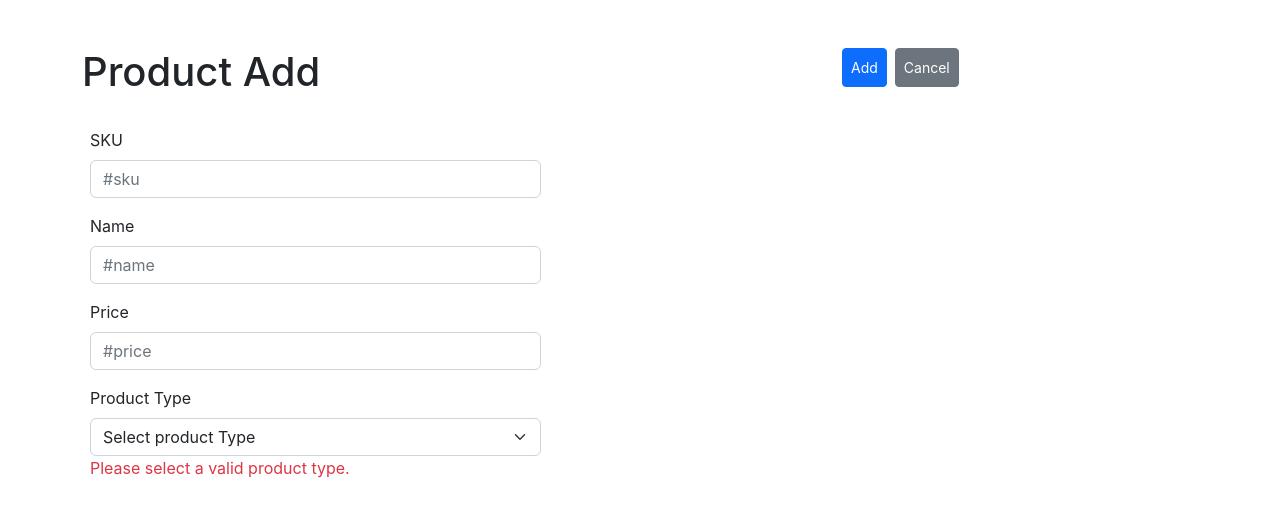
Repository: MagdyAbouelnasr/scandiweb_project
Page: /addproduct
The author's editor kept a copy of each file at every save. The page is drawn from the files as they stood at one save, then again after the next save.
The browser window is 1280 px wide. The pictures show the whole page.
The project was rebuilt for these pictures with package versions that can differ from the ones it lists, and the page was loaded fresh each time. Also part of the build but not shown: src/App.css, src/components/Product/Product-style.scss, src/components/Product/Product.css, src/components/Pages/ProductList.jsx, src/components/ProductAdd/Book.component.jsx, src/components/ProductAdd/DVD.component.jsx, src/components/ProductAdd/Furniture.component.jsx, src/App.jsx.

Above is the page before, as saved 2023-05-09 01:27:15.

### public/index.html
<!DOCTYPE html>
<html lang="en">
  <head>
    <meta charset="utf-8" />
    <link rel="icon" href="%PUBLIC_URL%/favicon.ico" />
    <meta name="viewport" content="width=device-width, initial-scale=1" />
    <meta name="theme-color" content="#000000" />
    <meta
      name="description"
      content="Web site created using create-react-app"
    />
    <link rel="apple-touch-icon" href="%PUBLIC_URL%/logo192.png" />
    <!--
      manifest.json provides metadata used when your web app is installed on a
      user's mobile device or desktop. See https://developers.google.com/web/fundamentals/web-app-manifest/
    -->
    <link rel="manifest" href="%PUBLIC_URL%/manifest.json" />
    <!--
      Notice the use of %PUBLIC_URL% in the tags above.
      It will be replaced with the URL of the `public` folder during the build.
      Only files inside the `public` folder can be referenced from the HTML.

      Unlike "/favicon.ico" or "favicon.ico", "%PUBLIC_URL%/favicon.ico" will
      work correctly both with client-side routing and a non-root public URL.
      Learn how to configure a non-root public URL by running `npm run build`.
    -->
    <title>React App</title>
    <link
  rel="stylesheet"
  href="https://cdn.jsdelivr.net/npm/bootstrap@5.2.3/dist/css/bootstrap.min.css"
  integrity="sha384-rbsA2VBKQhggwzxH7pPCaAqO46MgnOM80zW1RWuH61DGLwZJEdK2Kadq2F9CUG65"
  crossorigin="anonymous"
/>
  </head>
  <body>
    <noscript>You need to enable JavaScript to run this app.</noscript>
    <div id="root"></div>
    <!--
      This HTML file is a template.
      If you open it directly in the browser, you will see an empty page.

      You can add webfonts, meta tags, or analytics to this file.
      The build step will place the bundled scripts into the <body> tag.

      To begin the development, run `npm start` or `yarn start`.
      To create a production bundle, use `npm run build` or `yarn build`.
    -->
  </body>
</html>

### src/index.js
import React from 'react';
import ReactDOM from 'react-dom/client';
import './index.scss';
import App from './App';
import {
  createBrowserRouter,
  RouterProvider,

} from "react-router-dom";
import ProductAdd from './components/Pages/ProductAdd';


const router = createBrowserRouter([
  {
    path: "/",
    element: <App />,
  },
  {
    path: "addproduct",
    element: <ProductAdd />,
  },
]);

const root = ReactDOM.createRoot(document.getElementById('root'));
root.render(
  <RouterProvider router={router} />
);

### src/index.scss
$background-default: #D5D5D5;


body {
  margin: 0;
  font-family: -apple-system, BlinkMacSystemFont, 'Segoe UI', 'Roboto', 'Oxygen',
    'Ubuntu', 'Cantarell', 'Fira Sans', 'Droid Sans', 'Helvetica Neue',
    sans-serif;
  -webkit-font-smoothing: antialiased;
  -moz-osx-font-smoothing: grayscale;
}

code {
  font-family: source-code-pro, Menlo, Monaco, Consolas, 'Courier New',
    monospace;
}

.fade-in {
  opacity: 0;
  transition: opacity 0.3s ease-in-out;
  &.fade-in-active {
    opacity: 1;
  }
}

### src/components/Pages/ProductAdd.jsx
// import { useNavigate } from 'react-router-dom';
// import { useState } from 'react';
// import Form from 'react-bootstrap/Form';
// import SelectProductType from '../ProductAdd/Selectcmp';
// import Button from 'react-bootstrap/Button';
// import axios from 'axios';

// function ProductAdd() {
//   const navigate = useNavigate();

//   const  [inputs , setInputs] = useState({});

//   const handleChange = (e) => {
//     const name = e.target.name;
//     const value = e.target.value;
//     setInputs(values => ({values, [name]: value}))
//   }
//   const handleSubmit = (e) => {
//     e.preventDefault();
//     axios.post('http://localhost:8000/addproduct', inputs).then((response)=>{
//       console.log(response.data);
//       navigate('/');
//     });

//     // console.log(inputs)
//   }



//   return (
//     <Form id="product_form" onSubmit={handleSubmit}>
//     <div className="container mt-5">
//       <div className="row">
//       <h1 className="page-header text-header col-md-8 text-start ">Product Add</h1>
//       <div className='col-4 float-end'>
//         <Button  type="submit" className='p-2 ms-2' variant="primary" size="sm">
//           Add
//         </Button>
//         <Button onClick={()=> navigate(-1)}  className='p-2 ms-2' variant="secondary" size="sm">
//           Cancel
//         </Button>
//       </div>
//       </div>
//     <br/>
//     <div className="row">

//     <div className="col-md-5 mx-2">
//       <Form.Group className="mb-3 mx-left" id="productInputSKU">
//         <Form.Label>SKU</Form.Label>
//         <Form.Control type="text" name="sku" placeholder="#sku" onChange={handleChange} />
//       </Form.Group>
//       <Form.Group className="mb-3" id="productInputName">
//         <Form.Label>Name</Form.Label>
//         <Form.Control type="text" name="name" placeholder="#name" onChange={handleChange} />
//       </Form.Group>
//       <Form.Group className="mb-3" id="productInputPrice">
//         <Form.Label>Price</Form.Label>
//         <Form.Control type="number" name="price" placeholder="#price" onChange={handleChange} />
//       </Form.Group>
//       <Form.Group className="mb-3" id="ProductType">
//       <Form.Label>Product Type</Form.Label>
//         <SelectProductType/>
//       </Form.Group>
//     </div>
//     </div>
//     </div>
//     </Form>
//   );
// }

// export default ProductAdd;
import { useNavigate } from 'react-router-dom';
import { useState } from 'react';
import Form from 'react-bootstrap/Form';
import SelectProductType from '../ProductAdd/Selectcmp';
import Button from 'react-bootstrap/Button';
import axios from 'axios';

function ProductAdd() {
  const navigate = useNavigate();

  const [inputs, setInputs] = useState({});
  const [errors, setErrors] = useState({});

  const handleChange = (e) => {
    console.log(e.target.value);
    console.log(e.target.name);
    const name = e.target.name;
    const value = e.target.value;

    setInputs((values) => ({ ...values, [name]: value }));
    validate()
    };

    // const handleRecievedData = (e) =>{
    //   const name = e.target.name;
    //   const value = e.target.value;
    //   setInputs((values) => ({ ...values, [name]: value }));
    //   console.log(e.name, e.value);
    // }

  // Form validation function
  const validate = () => {
    let newErrors = {};
    if (!inputs.sku) newErrors.sku = 'SKU is required';
    if (inputs.sku && inputs.sku.length > 9) newErrors.sku = 'SKU must be at most 9 characters';
    if (!inputs.name) newErrors.name = 'Name is required';
    if (inputs.price === undefined || inputs.price === '') newErrors.price = 'Price is required';
    if (inputs.price < 0) newErrors.price = 'Price cannot be negative';
    if (!inputs.product_attribute_value) newErrors.ProductType = 'please select a ProductType and provide a value';
    setErrors(newErrors);
    return Object.keys(newErrors).length === 0;
  };

  const handleSubmit = (e) => {
    e.preventDefault();
    if (validate()) {
      axios.post('http://localhost:8000/addproduct', inputs).then((response) => {
        console.log(response.data);
        navigate('/');
      });
    }
  };

  return (
    <Form id="product_form" onSubmit={handleSubmit}>
      <div className="container  mt-5">
        <div className="row">
          <h1 className="page-header text-header col-md-8 text-start ">Product Add</h1>
          <div className="col-4 float-end ps-1">
            <Button type="submit" className="p-2 ms-2" variant="primary" size="sm">
              Add
            </Button>
            <Button
              onClick={() => navigate(-1)}
              className="p-2 ms-2"
              variant="secondary"
              size="sm"
            >
              Cancel
            </Button>
          </div>
        </div>
        <br />
        <div className="row">
          <div className="col-md-5 mx-2">
            <Form.Group className="mb-3 mx-left" id="productInputSKU">
              <Form.Label>SKU</Form.Label>
              <Form.Control
                type="text"
                name="sku"
                maxLength="9"
                placeholder="#sku"
                onChange={handleChange}
                required
              />
              {errors.sku && <Form.Text className="text-danger">{errors.sku}</Form.Text>}
            </Form.Group>
            <Form.Group className="mb-3" id="productInputName">
              <Form.Label>Name</Form.Label>
              <Form.Control
                type="text"
                name="name"
                placeholder="#name"
                onChange={handleChange}
                required
              />
              {errors.name && <Form.Text className="text-danger">{errors.name}</Form.Text>}
            </Form.Group>
            <Form.Group className="mb-3" id="productInputPrice">
              <Form.Label>Price</Form.Label>
              <Form.Control
                type="number"
                name="price"
                step="0.01"
                min="0"
                placeholder="#price"
                onChange={handleChange}
                required
              />
              {errors.price && <Form.Text className="text-danger">{errors.price}</Form.Text>}
            </Form.Group>
            <Form.Group className="mb-3" id="ProductType">
              <Form.Label>Product Type</Form.Label>
              <SelectProductType onChange={handleChange}
                required
                name="ProductType"/>
              {errors.ProductType && <Form.Text className="text-danger">{errors.ProductType}</Form.Text>}

            </Form.Group >
          </div>
        </div>
      </div>
    </Form>
  );
}

export default ProductAdd;

### src/components/ProductAdd/Selectcmp.jsx
import React, { useState, useEffect } from "react";
import Form from "react-bootstrap/Form";
import BookComponent from "./Book.component";
import DVDComponent from "./DVD.component";
import FurnitureComponent from "./Furniture.component";

const SelectProductType = (props) => {


  const [type, setType] = useState("selectProductType");
  const [DVDVisible, setDVDVisibility] = useState(false);
  const [bookVisible, setBookVisibility] = useState(false);
  const [FurnitureVisible, setFurnitureVisibility] = useState(false);
  const [isValid, setIsValid] = useState(false);

  const getData = (e) => {
    props.onChange(e);
  };

  useEffect(() => {
    if (["DVD", "Book", "Furniture"].includes(type)) {
      setIsValid(true);
    } else {
      setIsValid(false);
    }
    setDVDVisibility(type === "DVD");
    setBookVisibility(type === "Book");
    setFurnitureVisibility(type === "Furniture");
  }, [type]);

  const handleOnChange = (e) => {
    setType(e.target.value);
    props.onChange(e);
  };

  const [weightData, setWeightData] = useState({});

  const handleWeightChange = (data) => {
    // setWeightData(data);
    // console.log(weightData, 'weight data');
    getData(data);
  };

  return (
    <>
      <Form.Group className="mb-3" id="productInputName">
        <Form.Select
          aria-label="select product type"
          value={type}
          onChange={handleOnChange}
          required
          name="product_type"
        >
          <option value="selectProductType">Select product Type</option>
          <option value="DVD">DVD</option>
          <option value="Book">Book</option>
          <option value="Furniture">Furniture</option>
        </Form.Select>
        {!isValid && (
          <p className="text-danger">
            Please select a valid product type.
          </p>
        )}
        <div>
          {bookVisible && <BookComponent onWeightChange={handleWeightChange} onChange={getData}/>}
          {DVDVisible && <DVDComponent />}
          {FurnitureVisible && <FurnitureComponent />}
        </div>
      </Form.Group>
    </>
  );
};

export default SelectProductType;

### src/components/Product/Product.jsx
import './Product-style.scss';
import './Product.css';
import * as React from 'react';
import Box from '@mui/material/Box';
import Card from '@mui/material/Card';
import CardActions from '@mui/material/CardActions';
import CardContent from '@mui/material/CardContent';
import Typography from '@mui/material/Typography';
import IconButton from '@mui/material/IconButton';
import CropSquareIcon from '@mui/icons-material/CropSquare';
import { useState } from 'react';


const bull = (
  <Box
  component="span"
  sx={{ display: 'inline-block', mx: '2px', transform: 'scale(0.8)' }}
  >
    •
  </Box>
);


const ProductCard = ({ id, sku, name, price, product_attribute, typeValue, selectedProducts }) => {
  const selectedProduct = () => {
    selectedProducts(id)
   }
  return (
    <>
      <CardContent>
        <CardActions>
          <IconButton aria-label="select to delete" className="delete-checkbox" onClick={selectedProduct}>
            <CropSquareIcon />
          </IconButton>
        </CardActions>
        <Typography sx={{ fontSize: 14 }} color="text.secondary" gutterBottom>
          SKU: {sku}
        </Typography>
        {bull}
        <Typography wrap="true" sx={{}} variant="h5" component="div" >
          {name}
        </Typography>
        {bull}
        <Typography sx={{ mb: 1.5 }} color="text.secondary">
          Price: {price}$
        </Typography>
        {bull}
        <Typography variant="body2">
          {product_attribute}: {typeValue} {console.log(product_attribute)}
        </Typography>
      </CardContent>
    </>
  );
};

const Product = ({ product , selectedProducts}) => {

  const selectedProductsDelete = (data) => {
    selectedProducts(data);
  }
// console.log(selectedProducts);
  return (
    <Box sx={{m:2, minWidth: 270, maxWidth: 270 }}>
      <Card variant="outlined">
        <ProductCard selectedProducts={selectedProductsDelete} id={product.id} sku={product.sku} name={product.name} price={product.price} product_attribute={product.product_attribute} typeValue={product.product_attribute_value} />
      </Card>
    </Box>
  );
};

export default Product;

After the next save:
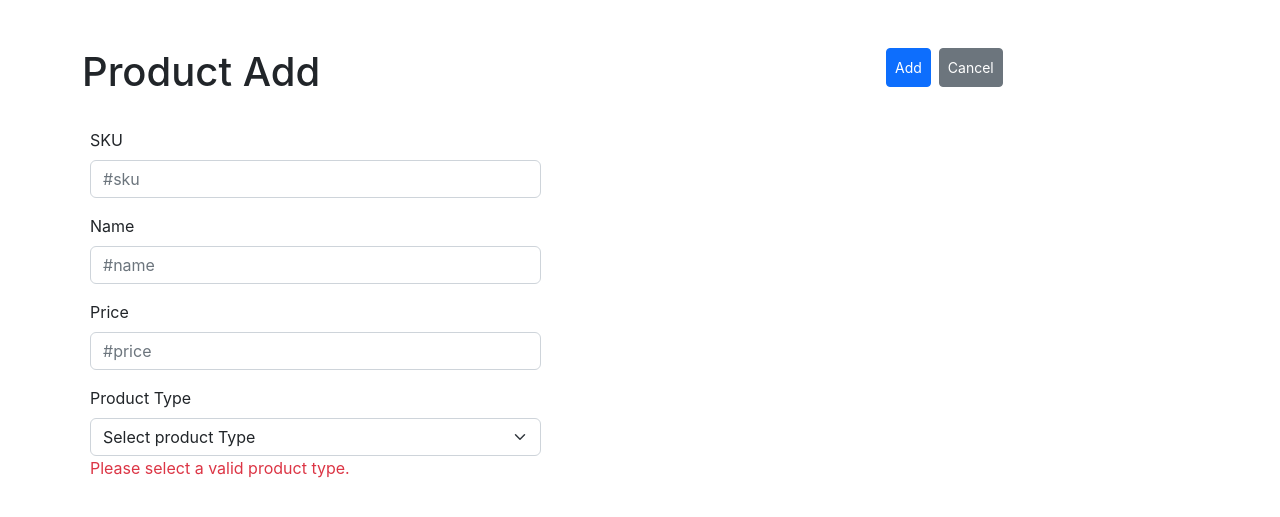
Saved 17 s later.
--- a/src/components/Pages/ProductAdd.jsx
+++ b/src/components/Pages/ProductAdd.jsx
@@ -127,7 +127,7 @@ function ProductAdd() {
       <div className="container  mt-5">
         <div className="row">
           <h1 className="page-header text-header col-md-8 text-start ">Product Add</h1>
-          <div className="col-4 float-end ps-1">
+          <div className="col-4 float-end ps-5">
             <Button type="submit" className="p-2 ms-2" variant="primary" size="sm">
               Add
             </Button>
